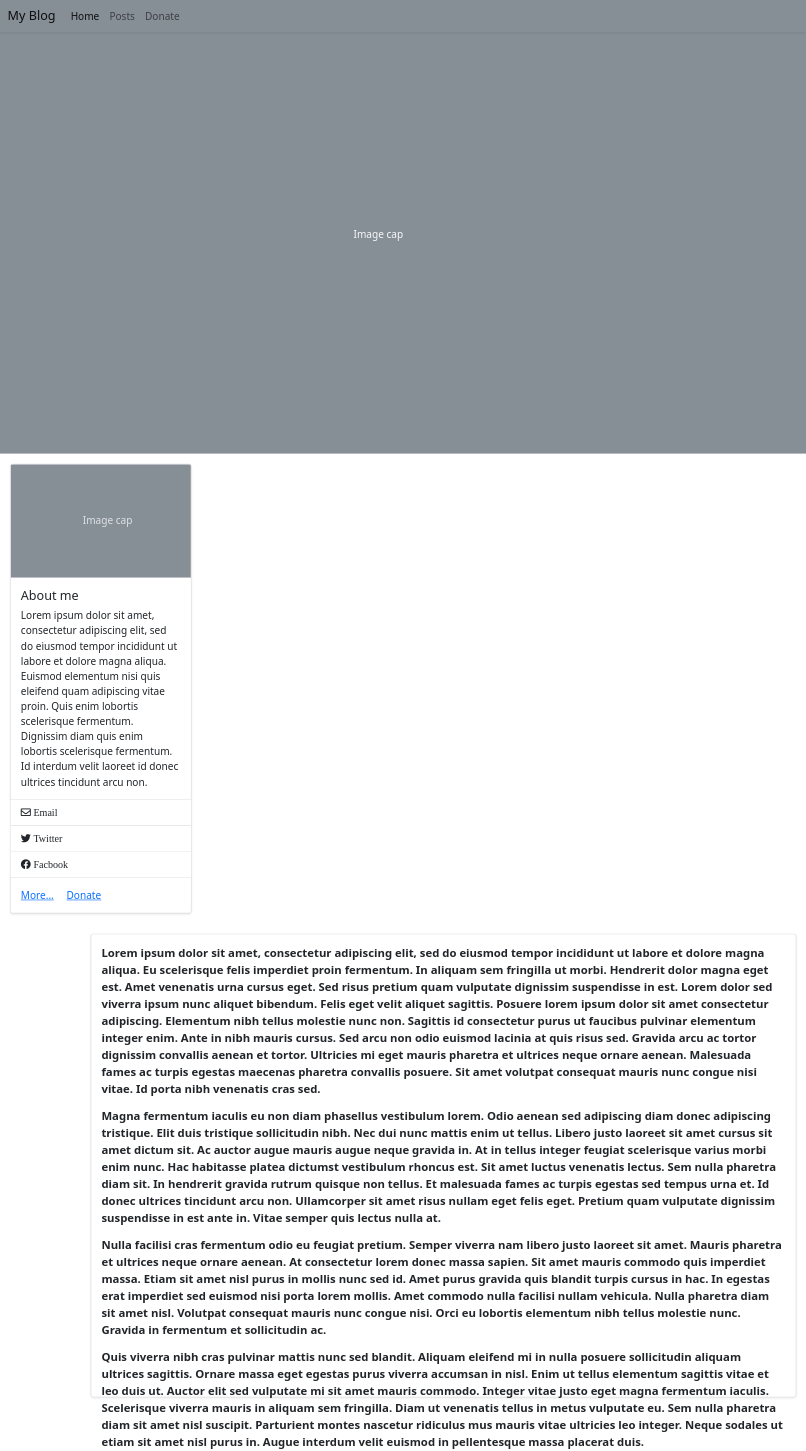
Repository: LublubXT/Azi-Tec-Team
Page: views/templates/blogs/personalblog/home.html
These files come from the project's save history. The page is drawn as it stood at one moment and after the next save; the edit follows.
The browser window is 1280 px wide. The pictures show the whole page, at 63% of full size.

Above is the page before, as saved 2021-03-11 09:18:04.

After the next save:
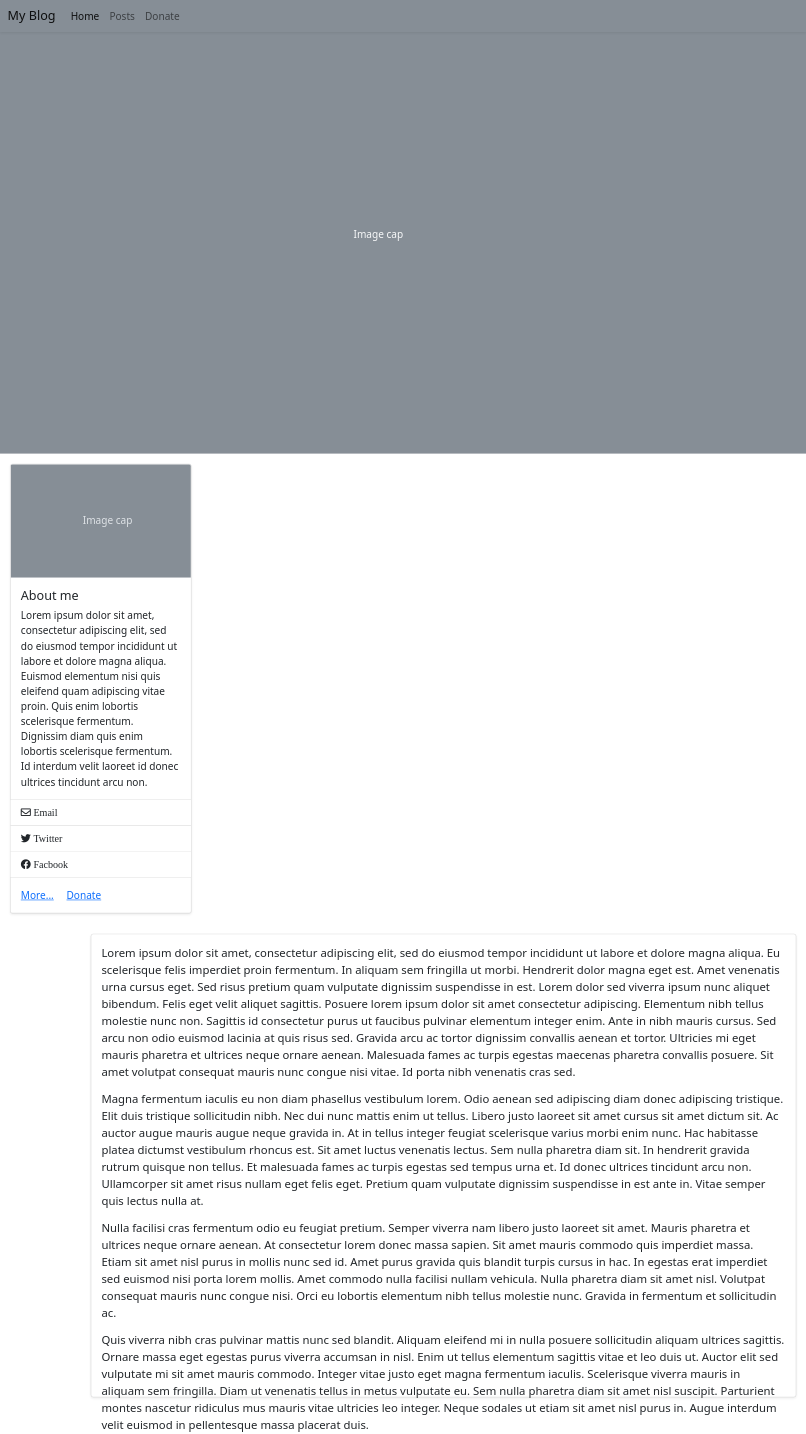
Saved 56 s later.
--- a/views/templates/blogs/personalblog/css/style.css
+++ b/views/templates/blogs/personalblog/css/style.css
@@ -48,7 +48,7 @@ body {
 }
 
 .main_p {
-    color: black;
+    color: rb;
     font-size: large;
-    font-weight: bolder;
+    font-weight: 200;
 }
